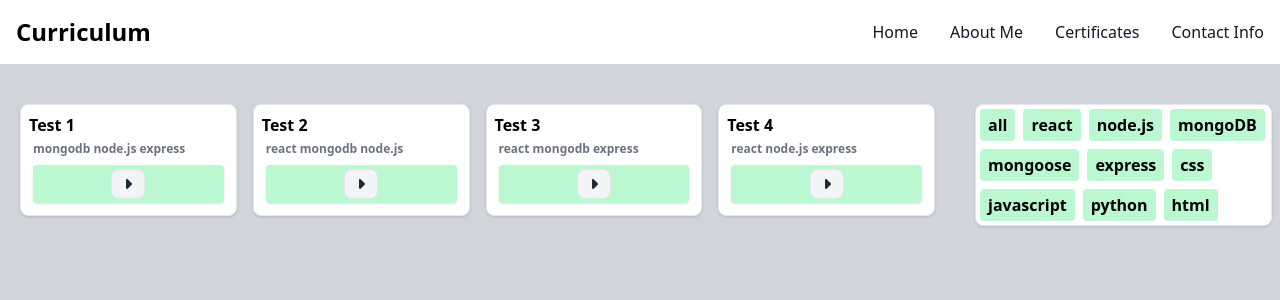
Repository: JetPi/Presentatio-Project
Page: /about/certificates
These files come from the project's save history. The page is drawn as it stood at one moment and after the next save; the edit follows.
The browser window is 1280 px wide. The pictures show the whole page.
The project was rebuilt for these pictures with package versions that can differ from the ones it lists, and the page was loaded fresh each time. The framework's server and built-in components were replaced by stand-ins that run in the browser. Also part of the build but not shown: next.config.js.

Above is the page before, as saved 2023-04-03 16:53:07.

### src/pages/_app.tsx
import "@/styles/globals.css";
import type { AppProps } from "next/app";
import { NavBar } from "@/components/NavBar";

const navList = [
  { text: "Home", href: "/" },
  { text: "About Me", href: "/about/me" },
  { text: "Certificates", href: "/about/certificates" },
  { text: "Contact Info", href: "/about/socials" },
];

export default function App({ Component, pageProps }: AppProps) {
  return (
    <div className="min-h-screen pb-2 bg-gray-300 h-cover">
      <NavBar navList={navList} />
      <Component {...pageProps} />
    </div>
  );
}

### src/pages/about/certificates.tsx
import { Card, CardTitle, CardButton } from "@/components/Card";
import CertificateList from "@/components/CertificateList";
import Image from "next/image";
import { Url } from "url";

const DUMMY_SKILL_LIST = [
  "react",
  "node.js",
  "mongoDB",
  "mongoose",
  "express",
  "css",
  "javascript",
  "python",
  "html",
];

const url: Url = {
  href: "/about/me",
  auth: null,
  hash: null,
  host: null,
  hostname: null,
  path: null,
  pathname: null,
  protocol: null,
  search: null,
  slashes: null,
  port: null,
  query: null,
};

const DUMMY_TEST = [
  {
    name: "Test 1",
    source: "Source 1",
    description: "DESCRIPTION HERE",
    image: "https://picsum.photos/200/300",
    skills: ["mongoDB", "Node.js", "Express"],
    url,
  },
  {
    name: "Test 2",
    source: "Source 2",
    description: "DESCRIPTION HERE",
    image: "https://picsum.photos/200/300",
    skills: ["react", "mongoDB", "Node.js"],
    url,
  },
  {
    name: "Test 3",
    description: "DESCRIPTION HERE",
    source: "Source 3",
    image: "https://picsum.photos/200/300",
    skills: ["react", "mongoDB", "Express"],
    url,
  },
  {
    name: "Test 4",
    source: "Source 4",
    description: "DESCRIPTION HERE",
    image: "https://picsum.photos/200/300",
    skills: ["react", "Node.js", "Express"],
    url,
  },
];

export default function Certificate() {
  return (
    <div>
      <CertificateList itemList={DUMMY_TEST} skillList={DUMMY_SKILL_LIST} />
    </div>
  );
}

### src/styles/globals.css
@tailwind base;
@tailwind components;
@tailwind utilities;

:root {
  --max-width: 1100px;
  --border-radius: 12px;
  --font-mono: ui-monospace, Menlo, Monaco, "Cascadia Mono", "Segoe UI Mono",
    "Roboto Mono", "Oxygen Mono", "Ubuntu Monospace", "Source Code Pro",
    "Fira Mono", "Droid Sans Mono", "Courier New", monospace;

  --foreground-rgb: 0, 0, 0;
  --background-start-rgb: 214, 219, 220;
  --background-end-rgb: 255, 255, 255;

  --primary-glow: conic-gradient(
    from 180deg at 50% 50%,
    #16abff33 0deg,
    #0885ff33 55deg,
    #54d6ff33 120deg,
    #0071ff33 160deg,
    transparent 360deg
  );
  --secondary-glow: radial-gradient(
    rgba(255, 255, 255, 1),
    rgba(255, 255, 255, 0)
  );

  --tile-start-rgb: 239, 245, 249;
  --tile-end-rgb: 228, 232, 233;
  --tile-border: conic-gradient(
    #00000080,
    #00000040,
    #00000030,
    #00000020,
    #00000010,
    #00000010,
    #00000080
  );

  --callout-rgb: 238, 240, 241;
  --callout-border-rgb: 172, 175, 176;
  --card-rgb: 180, 185, 188;
  --card-border-rgb: 131, 134, 135;
}

@media (prefers-color-scheme: dark) {
  :root {
    --foreground-rgb: 255, 255, 255;
    --background-start-rgb: 0, 0, 0;
    --background-end-rgb: 0, 0, 0;

    --primary-glow: radial-gradient(rgba(1, 65, 255, 0.4), rgba(1, 65, 255, 0));
    --secondary-glow: linear-gradient(
      to bottom right,
      rgba(1, 65, 255, 0),
      rgba(1, 65, 255, 0),
      rgba(1, 65, 255, 0.3)
    );

    --tile-start-rgb: 2, 13, 46;
    --tile-end-rgb: 2, 5, 19;
    --tile-border: conic-gradient(
      #ffffff80,
      #ffffff40,
      #ffffff30,
      #ffffff20,
      #ffffff10,
      #ffffff10,
      #ffffff80
    );

    --callout-rgb: 20, 20, 20;
    --callout-border-rgb: 108, 108, 108;
    --card-rgb: 100, 100, 100;
    --card-border-rgb: 200, 200, 200;
  }
}

* {
  box-sizing: border-box;
  padding: 0;
  margin: 0;
}

html,
body {
  max-width: 100vw;
  overflow-x: hidden;
}

body {
  color: rgb(var(--foreground-rgb));
}

a {
  color: inherit;
  text-decoration: none;
}

@media (prefers-color-scheme: dark) {
  html {
    color-scheme: dark;
  }
}

### src/components/NavBar.tsx
import Image from "next/image";
import Link from "next/link";
import { ReactNode } from "react";
type NavData = {
  href: string;
  text: string;
};

interface Props {
  children?: ReactNode | string;
  href?: string;
  navList?: Array<NavData>;
}

function NavItem({ children, href }: Props) {
  return (
    <li>
      <Link
        href={{ pathname: href }}
        className="block py-2 pl-3 pr-4 text-gray-900 rounded hover:bg-gray-100 md:hover:bg-transparent md:border-0 md:hover:text-blue-700 md:p-0 dark:text-white md:dark:hover:text-blue-500 dark:hover:bg-gray-700 dark:hover:text-white md:dark:hover:bg-transparent"
      >
        {children}
      </Link>
    </li>
  );
}

export function NavBar({ navList }: Props) {
  return (
    <nav className="bg-white border-gray-200 dark:bg-gray-900">
      <div className="flex flex-wrap items-center justify-between max-w-screen-xl p-4 mx-auto">
        <span className="self-center text-2xl font-semibold whitespace-nowrap dark:text-white">
          Curriculum
        </span>
        <button
          data-collapse-toggle="navbar-default"
          type="button"
          className="inline-flex items-center p-2 ml-3 text-sm text-gray-500 rounded-lg md:hidden hover:bg-gray-100 focus:outline-none focus:ring-2 focus:ring-gray-200 dark:text-gray-400 dark:hover:bg-gray-700 dark:focus:ring-gray-600"
          aria-controls="navbar-default"
          aria-expanded="false"
        >
          <span className="sr-only">Open main menu</span>
          <svg
            className="w-6 h-6"
            aria-hidden="true"
            fill="currentColor"
            viewBox="0 0 20 20"
            xmlns="http://www.w3.org/2000/svg"
          >
            <path
              fillRule="evenodd"
              d="M3 5a1 1 0 011-1h12a1 1 0 110 2H4a1 1 0 01-1-1zM3 10a1 1 0 011-1h12a1 1 0 110 2H4a1 1 0 01-1-1zM3 15a1 1 0 011-1h12a1 1 0 110 2H4a1 1 0 01-1-1z"
              clipRule="evenodd"
            ></path>
          </svg>
        </button>
        <div className="hidden w-full md:block md:w-auto" id="navbar-default">
          <ul className="flex flex-col p-4 mt-4 font-medium border border-gray-100 rounded-lg md:p-0 bg-gray-50 md:flex-row md:space-x-8 md:mt-0 md:border-0 md:bg-white dark:bg-gray-800 md:dark:bg-gray-900 dark:border-gray-700">
            {navList?.map((item) => {
              return (
                <NavItem href={item.href} key={Math.random()}>
                  {item.text}
                </NavItem>
              );
            })}
          </ul>
        </div>
      </div>
    </nav>
  );
}

### src/components/CertificateList.tsx
import React, { MouseEventHandler, useEffect, useState } from "react";
import { Url } from "url";
import { Card, CardButton, CardTitle } from "./Card";
import Image from "next/image";
import { LinkButton } from "./Button";

interface Props {
  itemList: Array<{
    name: string;
    image: string;
    description: string;
    skills: Array<string>;
    url: Url;
  }>;
  skillList: Array<string>;
}

interface buttonProps {
  skill: string;
  onClickHandler: MouseEventHandler;
}

function CertificateButton({ skill, onClickHandler }: buttonProps) {
  return (
    <button
      className="px-2 py-1 m-1 font-semibold bg-green-200 border-green-800 rounded"
      onClick={onClickHandler}
    >
      {skill}
    </button>
  );
}

export default function CertificateList({ itemList, skillList }: Props) {
  const initialList = itemList.map((item) => {
    return {
      ...item,
      skills: item.skills.map((skill) => {
        return skill.toLowerCase();
      }),
    };
  });
  const [list, setList] = useState(initialList);

  function skillRemover(skill: string) {
    let tempList = initialList.filter((item) => {
      return item.skills.includes(skill);
    });
    setList(tempList);
  }

  const url: Url = {
    href: "/",
    auth: null,
    hash: null,
    host: null,
    hostname: null,
    path: null,
    pathname: null,
    protocol: null,
    search: null,
    slashes: null,
    port: null,
    query: null,
  };

  return (
    <div className="flex flex-row">
      <div className="grid w-3/4 grid-cols-4 gap-4 mx-5 mt-10">
        {list?.map((item) => {
          return (
            <Card key={item.name} styling="flex flex-col p-2 h-fit">
              <div className="font-bold">{item.name}</div>
              <div className="w-full m-1 text-xs font-semibold text-gray-500">
                {item.skills.map((skill) => {
                  return skill + " ";
                })}
              </div>
              <LinkButton href={url}>
                <kbd className="inline-flex items-center px-2 py-1.5 text-gray-800 bg-gray-100 border border-gray-200 rounded-lg dark:bg-gray-600 dark:text-gray-100 dark:border-gray-500">
                  <svg
                    className="w-4 h-4"
                    aria-hidden="true"
                    fill="currentColor"
                    xmlns="http://www.w3.org/2000/svg"
                    viewBox="0 0 256 512"
                  >
                    <path d="M118.6 105.4l128 127.1C252.9 239.6 256 247.8 256 255.1s-3.125 16.38-9.375 22.63l-128 127.1c-9.156 9.156-22.91 11.9-34.88 6.943S64 396.9 64 383.1V128c0-12.94 7.781-24.62 19.75-29.58S109.5 96.23 118.6 105.4z" />
                  </svg>
                  <span className="sr-only">Arrow key right</span>
                </kbd>
              </LinkButton>
            </Card>
          );
        })}
      </div>
      <div className="w-1/4 mt-10 ml-5">
        <Card styling="mr-2">
          <ul className="flex flex-row flex-wrap">
            <CertificateButton
              skill={"all"}
              onClickHandler={() => setList(initialList)}
            />
            {skillList?.map((item) => {
              return (
                <li key={item}>
                  <CertificateButton
                    skill={item}
                    onClickHandler={() => {
                      skillRemover(item);
                    }}
                  />
                </li>
              );
            })}
          </ul>
        </Card>
      </div>
    </div>
  );
}

### src/components/Card.tsx
import { redirect } from "next/dist/server/api-utils";
import Link from "next/link";
import { useRouter } from "next/router";
import { Url } from "url";
import React, { MouseEventHandler, ReactNode, useState } from "react";
interface Props {
  children?: ReactNode;
  styling?: string;
  href?: string;
}

interface ButtonProps {
  children?: ReactNode;
  styling?: string;
  href: Url;
}

export function Card({ styling, children }: Props) {
  return (
    <div
      className={`${
        styling ? styling : "flex justify-stretch p-6"
      }  bg-white border border-gray-200 rounded-lg shadow hover:bg-gray-100 dark:bg-gray-800 dark:border-gray-700 dark:hover:bg-gray-700`}
    >
      {children}
      <p className="font-normal text-gray-700 dark:text-gray-400"></p>
    </div>
  );
}

export function CardButton({ href, styling, children }: ButtonProps) {
  return (
    <Link
      className={`${
        styling ? styling : "w-32  "
      } p-2 text-center bg-white border border-gray-200 rounded-lg shadow hover:bg-gray-100 dark:bg-gray-800 dark:border-gray-700 dark:hover:bg-gray-700`}
      href={href.href}
    >
      {children}
    </Link>
  );
}

export function CardTitle({ children }: Props) {
  return (
    <h5 className="mb-2 text-2xl font-bold tracking-tight text-center text-gray-900 dark:text-white">
      {children}
    </h5>
  );
}

### src/components/Button.tsx
import { Url } from "url";
import Link from "next/link";
import React from "react";

interface ButtonProps {
  styling?: string;
  onClick?: React.MouseEventHandler;
  children?: React.ReactNode;
}

interface LinkProps {
  styling?: string;
  href: Url;
  children?: React.ReactNode;
}

export function Button({ onClick, styling, children }: ButtonProps) {
  return (
    <button
      className={`${styling} px-2 py-1 m-1 font-semibold bg-green-200 rounded`}
      onClick={onClick}
    >
      {children}
    </button>
  );
}

export function LinkButton({ href, styling, children }: LinkProps) {
  return (
    <Link
      href={href.href}
      className={`${styling} flex justify-center px-2 py-1 m-1 font-semibold bg-green-200 rounded shadow hover:bg-green-300 dark:bg-gray-800 dark:border-gray-700 dark:hover:bg-gray-700`}
    >
      {children}
    </Link>
  );
}

Loaded but not shown: src/pages/_document.tsx (common file); tailwind.config.js (common file)

After the next save:
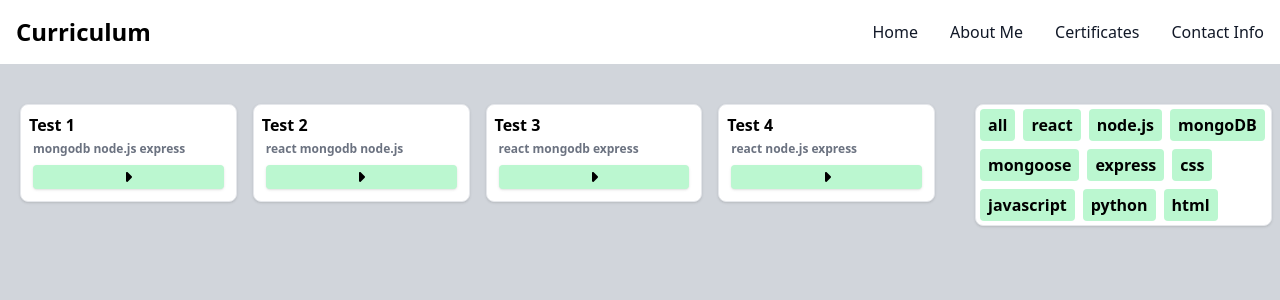
Saved 93 s later.
--- a/src/components/CertificateList.tsx
+++ b/src/components/CertificateList.tsx
@@ -77,18 +77,16 @@ export default function CertificateList({ itemList, skillList }: Props) {
                 })}
               </div>
               <LinkButton href={url}>
-                <kbd className="inline-flex items-center px-2 py-1.5 text-gray-800 bg-gray-100 border border-gray-200 rounded-lg dark:bg-gray-600 dark:text-gray-100 dark:border-gray-500">
-                  <svg
-                    className="w-4 h-4"
-                    aria-hidden="true"
-                    fill="currentColor"
-                    xmlns="http://www.w3.org/2000/svg"
-                    viewBox="0 0 256 512"
-                  >
-                    <path d="M118.6 105.4l128 127.1C252.9 239.6 256 247.8 256 255.1s-3.125 16.38-9.375 22.63l-128 127.1c-9.156 9.156-22.91 11.9-34.88 6.943S64 396.9 64 383.1V128c0-12.94 7.781-24.62 19.75-29.58S109.5 96.23 118.6 105.4z" />
-                  </svg>
-                  <span className="sr-only">Arrow key right</span>
-                </kbd>
+                <svg
+                  className="w-4 h-4"
+                  aria-hidden="true"
+                  fill="currentColor"
+                  xmlns="http://www.w3.org/2000/svg"
+                  viewBox="0 0 256 512"
+                >
+                  <path d="M118.6 105.4l128 127.1C252.9 239.6 256 247.8 256 255.1s-3.125 16.38-9.375 22.63l-128 127.1c-9.156 9.156-22.91 11.9-34.88 6.943S64 396.9 64 383.1V128c0-12.94 7.781-24.62 19.75-29.58S109.5 96.23 118.6 105.4z" />
+                </svg>
+                <span className="sr-only">Arrow key right</span>
               </LinkButton>
             </Card>
           );
